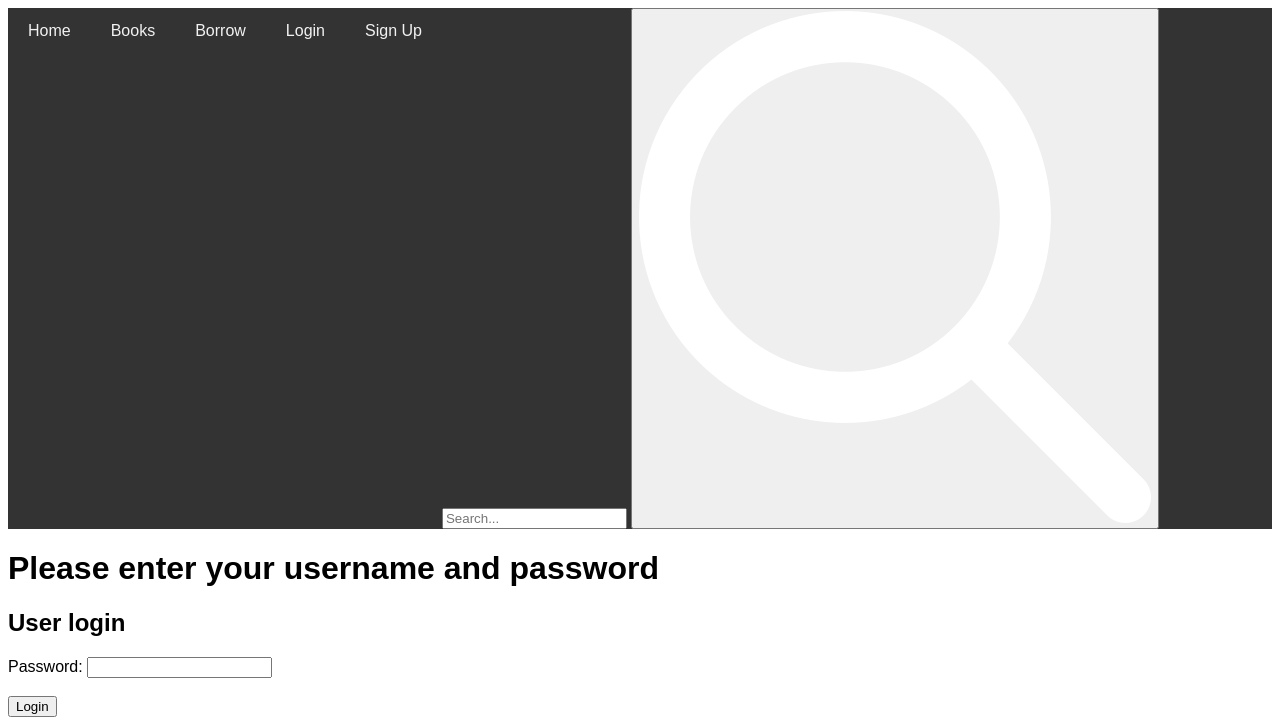
Repository: fadyesk12/Web-Technology-Course-Project
Page: auth/login.html
The author's editor kept a copy of each file at every save. The page is drawn from the files as they stood at one save, then again after the next save.
The browser window is 1280 px wide. The pictures show the whole page.

Above is the page before, as saved 2024-04-19 02:45:17.

After the next save:
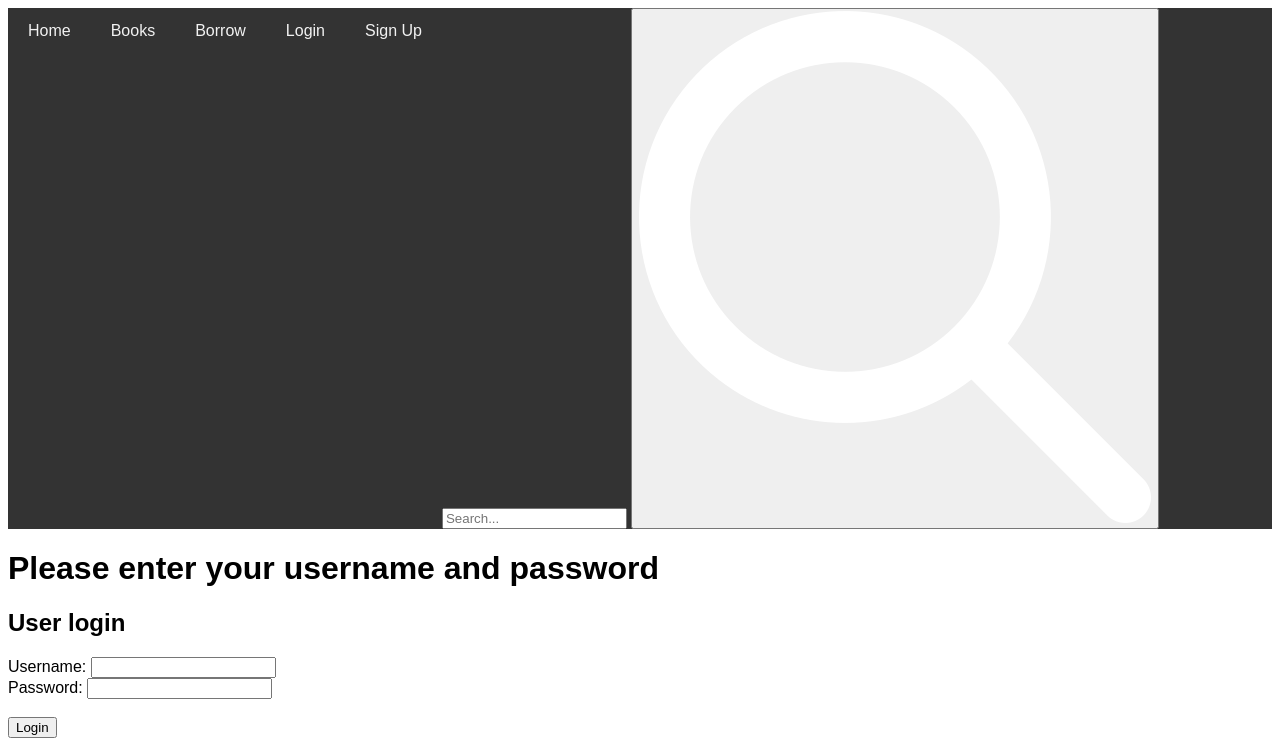
Saved 4 s later.
--- a/auth/login.html
+++ b/auth/login.html
@@ -45,7 +45,8 @@
 
           <form>
             <div>
-
+              <label for="username">Username:</label>
+            <input type="text" id = "username" name = "username" required>
             </div>
             <label for="password">Password:</label>
             <input type="password" id = "password" name = "password" required> <br><br>
